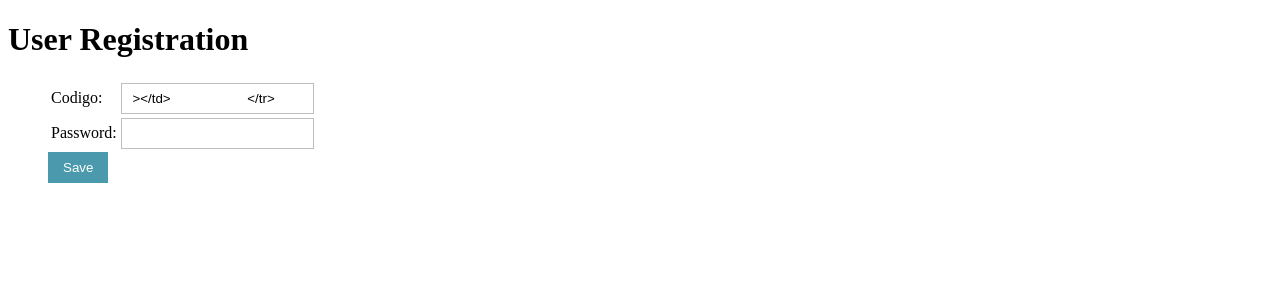
Repository: ViniciusBeletella/project-jsp
Page: http://localhost/project-jsp/userRegistration.jsp
An editor plug-in stored every save of this project. The page is shown before and after the next save, followed by the edit.
The browser window is 1280 px wide. The pictures show the whole page.
The page is served by Tomcat 9.

Above is the page before, as saved 2019-12-20 13:40:59.

After the next save:
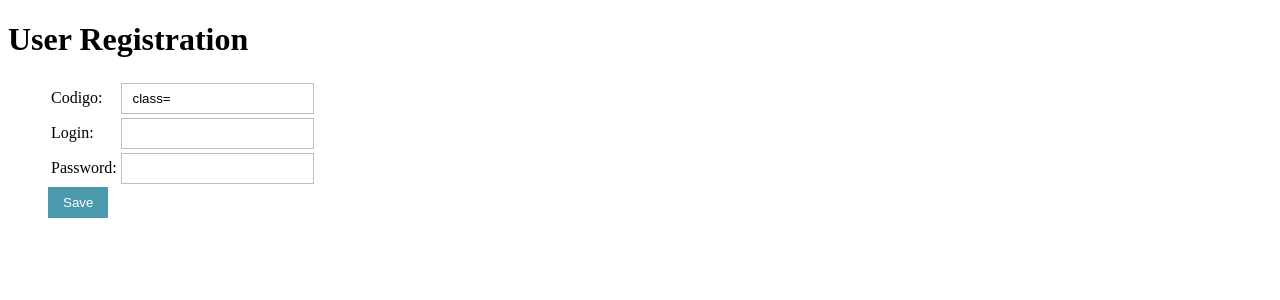
Saved 15 s later.
--- a/project-jsp/WebContent/userRegistration.jsp
+++ b/project-jsp/WebContent/userRegistration.jsp
@@ -18,7 +18,7 @@
 		<table>
 		    <tr>
 				<td>Codigo:</td>
-				<td><input type="text" readonly="readonly" id="id" name="id" value="${user.id} ></td>
+				<td><input type="text" readonly="readonly" id="id" name="id" value="${user.id} class="field-long"></td>
 			</tr>
 			<tr>
 				<td>Login:</td>
